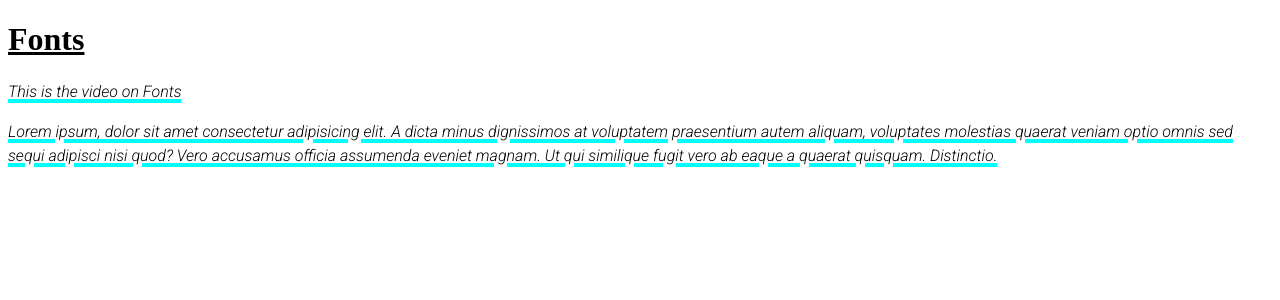
Repository: diensy/Web_dev
Page: Css/Fonts/index.html
The author's editor kept a copy of each file at every save. The page is drawn from the files as they stood at one save, then again after a run of saves.
The browser window is 1280 px wide. The pictures show the whole page.
Some web fonts or font styles are not loaded; a fallback is used.

Above is the page before, as saved 2024-05-22 22:48:09.

### Css/Fonts/index.html
<!DOCTYPE html>
<html lang="en">
  <head>
    <meta charset="UTF-8" />
    <meta name="viewport" content="width=device-width, initial-scale=1.0" />
    <title>Document</title>
    <link rel="stylesheet" href="font.css" />
  </head>
  <body>
    <div>
      <h1><u>Fonts</u></h1>
      <p>This is the video on Fonts</p>
      <p>
        Lorem ipsum, dolor sit amet consectetur adipisicing elit. A dicta minus
        dignissimos at voluptatem praesentium autem aliquam, voluptates
        molestias quaerat veniam optio omnis sed sequi adipisci nisi quod? Vero
        accusamus officia assumenda eveniet magnam. Ut qui similique fugit vero
        ab eaque a quaerat quisquam. Distinctio.
      </p>
    </div>
  </body>
</html>

### Css/Fonts/font.css
@import url("https://fonts.googleapis.com/css2?family=Baloo+Bhaina+2:wght@400..800&display=swap");

@import url("https://fonts.googleapis.com/css2?family=Baloo+Bhaina+2:wght@400..800&family=Roboto:ital,wght@0,100;0,300;0,400;0,500;0,700;0,900;1,100;1,300;1,400;1,500;1,700;1,900&display=swap");

p {
  font-family: "Roboto", sans-serif;
  font-style: oblique;
  font-weight: 300;
  text-decoration: underline;
  line-height: 1.5;
  text-decoration-color: aqua;
  text-decoration-thickness: 4px;

}

After the next 2 saves:
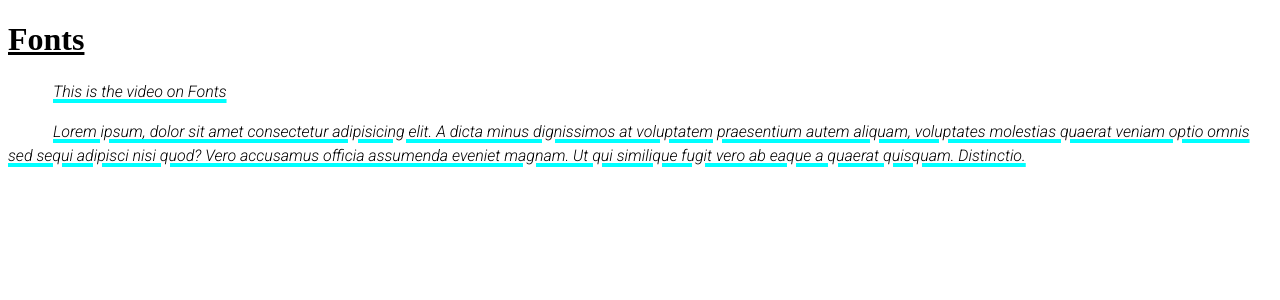
The 2 saves are shown as one change because they came seconds apart.
The last was saved 22 s later.
--- a/Css/Fonts/font.css
+++ b/Css/Fonts/font.css
@@ -10,5 +10,5 @@ p {
   line-height: 1.5;
   text-decoration-color: aqua;
   text-decoration-thickness: 4px;
-
+  text-indent: 45px;
 }
